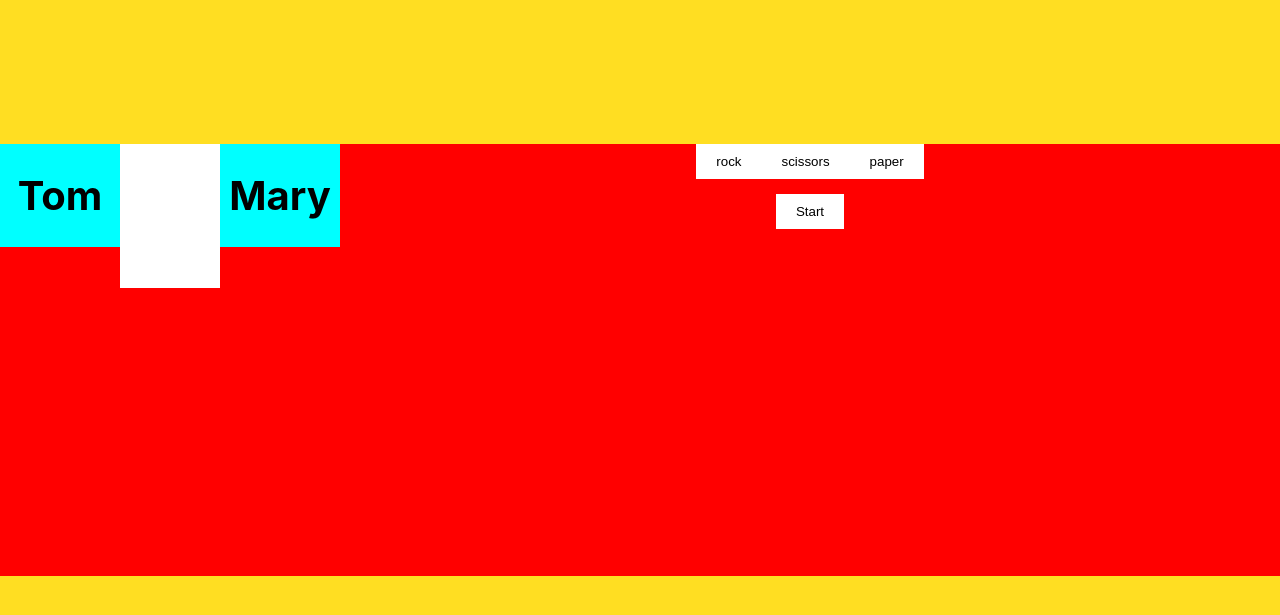
Repository: K009/Rock-Paper-Scissors
Page: /
An editor plug-in stored every save of this project. The page is shown before and after the next save, followed by the edit.
The browser window is 1280 px wide. The pictures show the whole page.
The project was rebuilt for these pictures with package versions that can differ from the ones it lists, and the page was loaded fresh each time.

Above is the page before, as saved 2020-05-13 09:29:32.

After the next save:
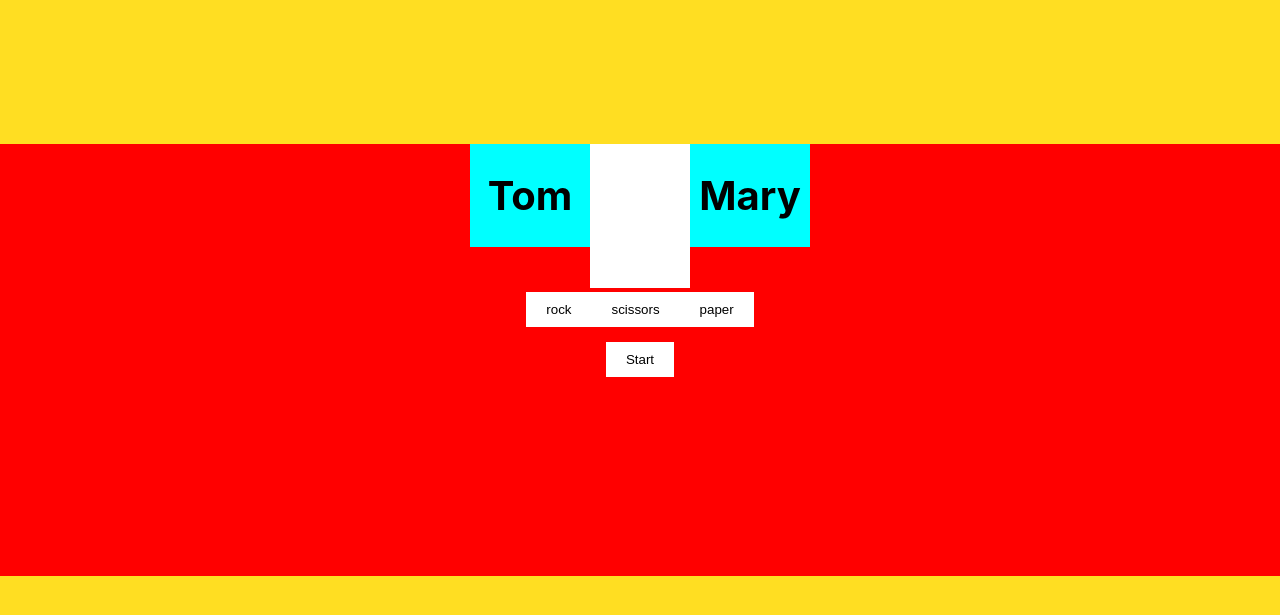
Saved 7 s later.
--- a/src/App.css
+++ b/src/App.css
@@ -11,6 +11,11 @@
   background-color: red;
   min-height: 60vh;
   text-align: center;
+}
+
+.Players {
+  text-align: center;
+  display: inline-block;
 }
 
 .break {
